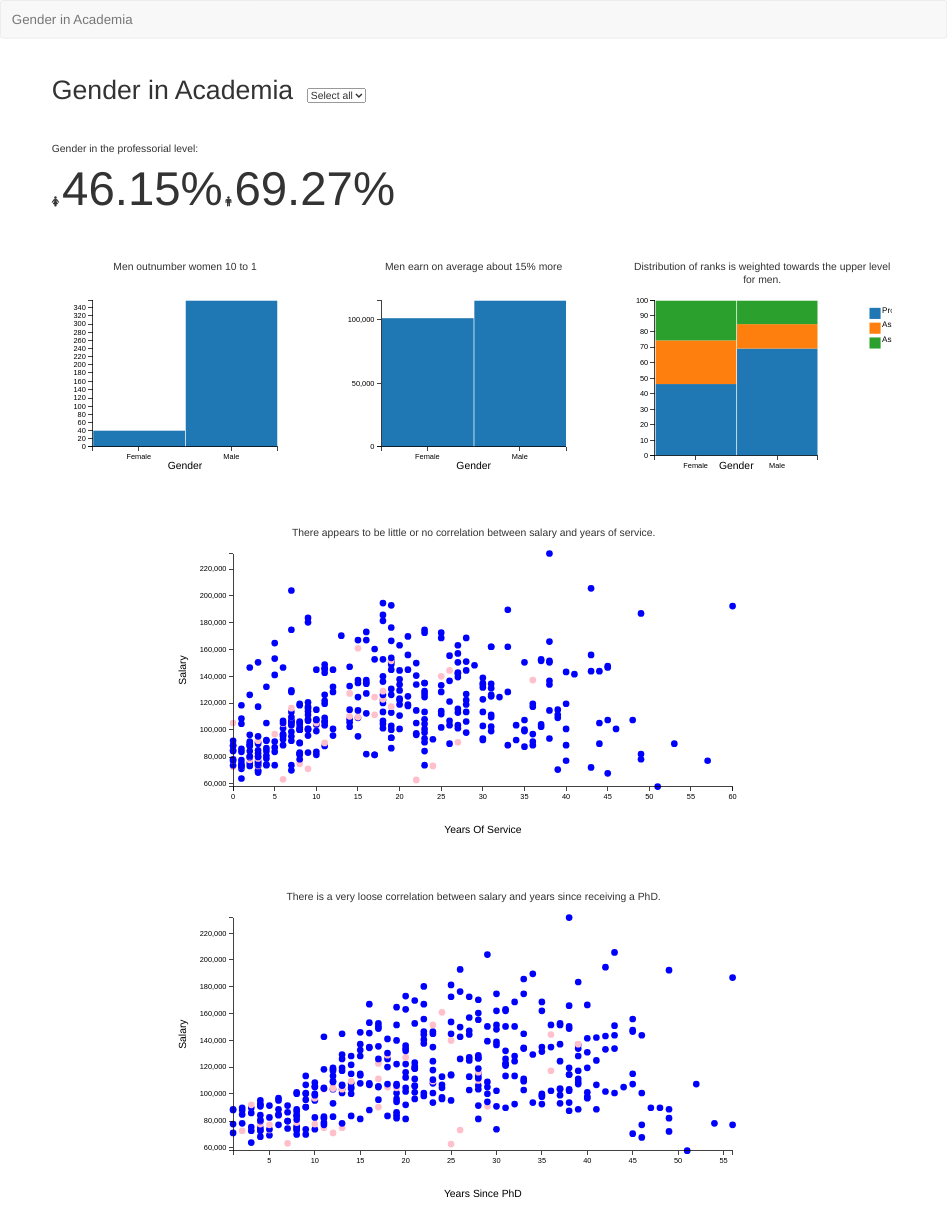
Repository: kescardoso/dashboard
Page: index.html
The author's editor kept a record of every edit. The page is drawn from the files as they stood at one moment, then again after the next edit.
The browser window is 1280 px wide. The pictures show the whole page, at 74% of full size.

Above is the page before.

After the next edit:
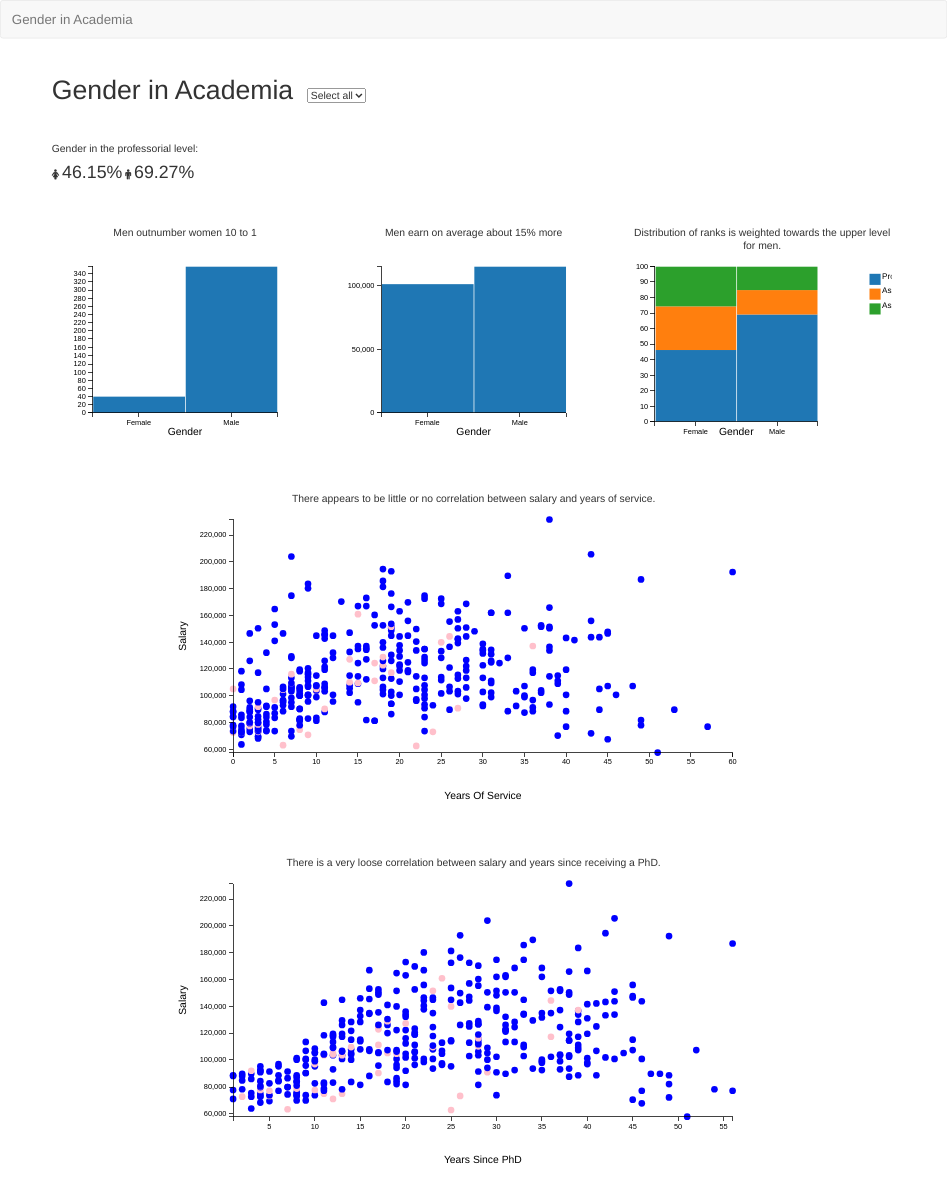
The edit:
--- a/static/css/style.css
+++ b/static/css/style.css
@@ -1,5 +1,5 @@
 .number-box {
-    font-size: 64px;
+    font-size: 24px;
     text-align: center;
     line-height: normal;
     margin; left
